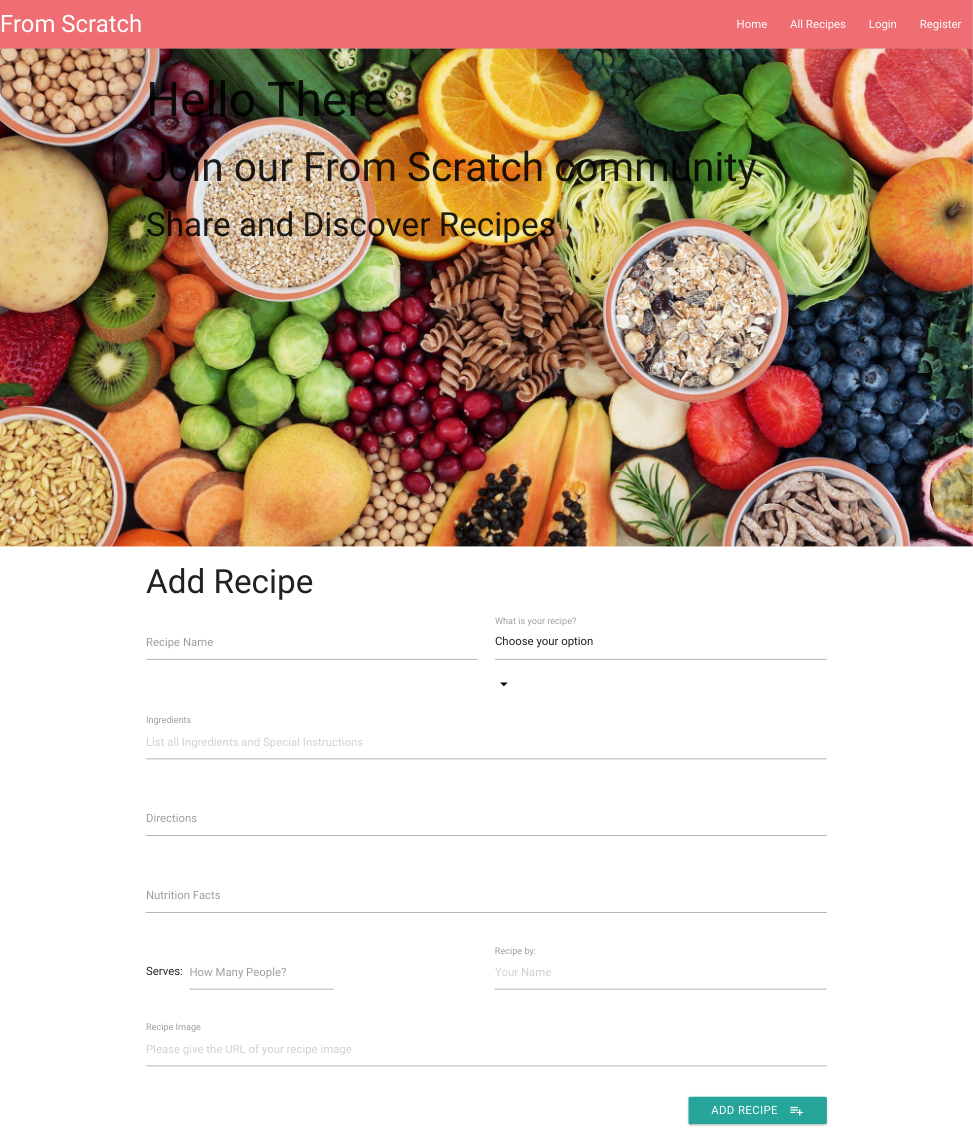
Repository: callendera/MilestoneProject3
Page: http://localhost/
The author's editor kept a record of every edit. The page is drawn from the files as they stood at one moment, then again after the next edit.
The browser window is 1280 px wide. The pictures show the whole page, at 76% of full size.
Backgrounds fixed to the window are drawn as part of the page. The page is served by the project's application, run on Flask 3 (recipe.py). Queries for data that is not in the repository find no rows.

Above is the page before.

### templates/recipes.html
{% extends 'base.html' %} {% block content %}

<div class="callout background-callout">
    <div class="container">
        <h1>Hello There</h1>
        <h2>Join our From Scratch community</h2>
        <h3>Share and Discover Recipes</h3>

    </div>
</div>
<div class="container">
    <div class="row">
        {% for recipes in from_scratch %}
        <div class="col sm12 m12 l6  my-flow-text flow-text">
            <div class="card card-height-width">
                <div class="card-image card-image-height-width">
                    <img src="{{ recipes.recipe_image }}">
                    <span class="card-title black-text"><p>
                            <strong>{{recipes.recipe_name}}</strong>
                        </p></span>
                </div>
                <div class="card-content">
                    <p>
                        Serves: {{recipes.serves}}
                    </p>
                    <ul class="collapsible">
                        <li>
                            <div class="collapsible-header"><i class="material-icons">local_dining</i>Ingredients</div>
                            <div class="collapsible-body"><span>
                     {{recipes.ingredients0}}
                </span></div>
                        </li>
                        <li>
                            <div class="collapsible-header"><i class="material-icons">list</i>Directions</div>
                            <div class="collapsible-body"><span>
                        {{recipes.directions0}}
                </span></div>
                        </li>
                        <li>
                            <div class="collapsible-header"><i class="material-icons">fitness_center</i>Nutrition</div>
                            <div class="collapsible-body"><span>
                    {{recipes.nutrition0}}
                </span></div>
                        </li>

                    </ul>
                </div>

            </div>

        </div>
        {% endfor %}
    </div>


    <h3>Add Recipe</h3>
    <div class="row">
        <form class="col s12" action="{{ url_for('insert_recipe') }}" method='POST'>
            <div class="row">
                <div class="input-field col s6">
                    <input id="recipe_name" name="recipe_name" type="text" class="validate">
                    <label for="recipe_name">Recipe Name</label>
                </div>

                <div class="input-field col s6">
                    <select id="recipe_type" name="recipe_type">
                  <option value="" disabled selected>Choose your option</option>
                  <option value="1">Vegetarian</option>
                  <option value="2">Chicken</option>
                  <option value="3">Beef</option>
                  <option value="3">Vegan</option>
                  <option value="3">Fish</option>
                  <option value="3">Pork</option>
                </select>
                    <label>What is your recipe?</label>
                </div>
            </div>
            <div class="row">
                <div class="input-field col s12">
                    <input placeholder="List all Ingredients and Special Instructions" name="ingredients0" id="ingredients0" type="text" class="validate">
                    <label for="ingredients0">Ingredients</label>
                </div>
            </div>
            <div class="row">
                <div class="input-field col s12">
                    <input id="directions0" name="directions0" type="text" class="validate">
                    <label for="directions0">Directions</label>
                </div>
            </div>
            <div class="row">
                <div class="input-field col s12">
                    <input id="nutrition0" name="nutrition0" type="text" class="validate">
                    <label for="nutrition0">Nutrition Facts</label>
                </div>
            </div>
            <div class="row">
                <div class="col s6">
                    Serves:
                    <div class="input-field inline">
                        <input id="serves" name="serves" type="number" class="validate">
                        <label for="serves">How Many People? </label>

                    </div>
                </div>
                <div class="input-field col s6">
                    <input placeholder="Your Name" id="recipe_name" name="recipe_name" type="text" class="validate">
                    <label for="recipe_name">Recipe by:</label>
                </div>
            </div>
            <div class="row">
                <div class="input-field col s12">
                    <input placeholder="Please give the URL of your recipe image" id="recipe_image" name="recipe_image" type="text" class="validate required">
                    <label for="recipe_image">Recipe Image</label>
                </div>
            </div>
            <button class="btn waves-effect waves-light right" type="submit" name="action">Add Recipe
            <i class="material-icons right">playlist_add</i>
         </button>
        </form>
        {% endblock %}
    </div>
</div>

### templates/base.html
<!DOCTYPE html>
<html>

<head>
    <link href="https://fonts.googleapis.com/icon?family=Material+Icons" rel="stylesheet">
    <!--link for Icons in Materialize-->

    <!--JQuery needs to be active before Materialize can render its' data-->
    <link rel="stylesheet" href="https://cdnjs.cloudflare.com/ajax/libs/materialize/0.100.2/css/materialize.min.css">
    <link rel="stylesheet" href="{{url_for('static',filename='css/style.css')}}" type="text/css" />
</head>

<body>
    <nav class="nav-zindex">
        <div class="nav-wrapper">
            <a href="#" class="brand-logo">From Scratch</a>
            <ul id="nav-mobile" class="right hide-on-med-and-down">
                <li><a href="#">Home</a></li>
                <li><a href="#">All Recipes</a></li>
                <li><a href="#">Login</a></li>
                <li><a href="#">Register</a></li>
            </ul>
        </div>
    </nav>



    {% block content %}
    <!--contains any content needed for each page, this give a template for such-->
    {% endblock %}

    <script src="https://cdnjs.cloudflare.com/ajax/libs/jquery/3.4.1/jquery.min.js" integrity="sha256-CSXorXvZcTkaix6Yvo6HppcZGetbYMGWSFlBw8HfCJo=" crossorigin="anonymous"></script>
    <script src="https://cdnjs.cloudflare.com/ajax/libs/materialize/1.0.0/js/materialize.min.js"></script>
    <!-- Script to use Materialize functionality-->
    <script type="text/javascript">
        $(document).ready(function() {
            $('select').formSelect();
            $('.sidenav').sidenav();
            $('.sidenav').sidenav();
        });
    </script>

    <!-- script for the collapsibles-->
</body>

</html>

### recipe.py
import os
from flask import Flask, render_template, redirect, request, url_for
from flask_pymongo import PyMongo
from bson.objectid import ObjectId
#sets up application for use with PyMongo, Flask

app = Flask(__name__)
app.config["MONGO_DBNAME"] = 'from_scratch'
#creates link between Database and application
app.config["MONGO_URI"] = os.getenv("MONGO_URI")

#creates application to be tested

mongo = PyMongo(app)

@app.route('/')

@app.route('/get_recipes')
#Display text as proof of concept
def get_recipes():
    from_scratch = mongo.db.recipes.find()
    return render_template( "recipes.html", from_scratch=from_scratch)

@app.route('/add_recipes')
def add_recipes():
    from_scratch = mongo.db.recipes.find()
    return render_template( "recipes.html")

@app.route('/insert_recipe', methods=['POST'])
def insert_recipe():
    from_scratch = mongo.db.recipes
    from_scratch.insert_one(request.form.to_dict())
    return redirect(url_for('get_recipes'))

if __name__ == '__main__':
    app.run(host=os.environ.get('IP'),
            port=int(os.environ.get('PORT')),
            debug=True)
#So they know how and where to run application

### static/css/style.css
.card-height-width, .add-recipe-card-height-width {
    width: 500px;

}

.add-recipe-card-height-width {
    height: 645px;
}

.background-callout {
     /*--- FOR ALL BACKGROUND CONTAINERS sets background image for callout container.
    it is set to not repeat, so the image doesnt stretch, and the image will be centered horizontally and
    pushed to the top of the container. the background will also not scroll, but remained positioned so things will scroll past it---*/
    background: url("../images/foods.jpg")no-repeat center center fixed;
    /*--- adjusts background for different browsers ---*/
    -webkit-background-size: cover;
    -moz-background-size: cover;
    -o-background-size: cover;
    background-size: cover;

    /*--- makes the background fit to the container ---*/
    overflow: hidden;

    /*--- aligns and justifies text in container ---*/
    align-items: center;
    justify-content: center;
    /*--- the height that container will take up in the viewport ---*/
    height: 91vh;
}

.callout-text-background-color {
    text-align: center;
    background-color: #05000059;
    color: white;
    height: 330px;

}

After the next edit:
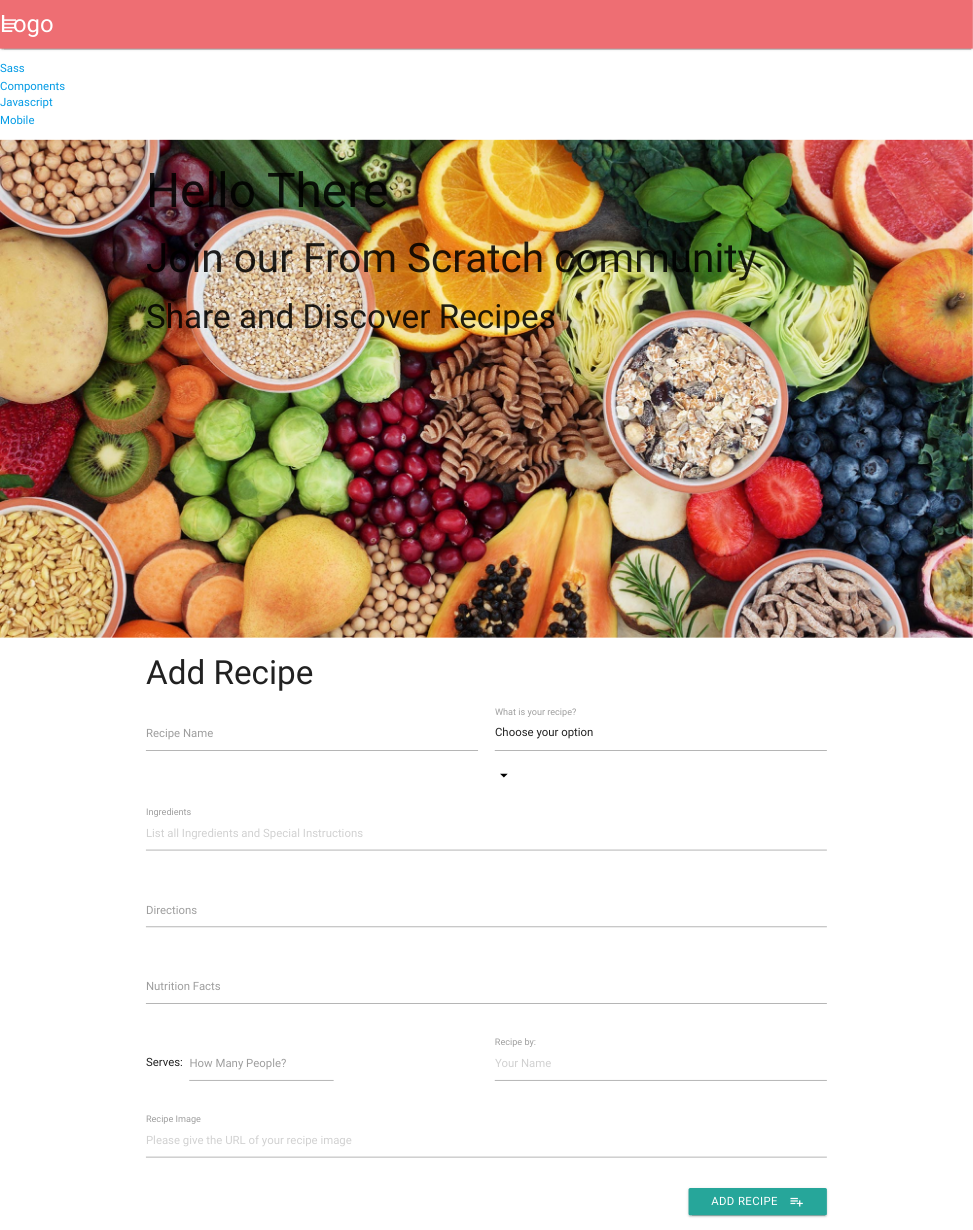
The edit:
--- a/templates/base.html
+++ b/templates/base.html
@@ -11,17 +11,25 @@
 </head>
 
 <body>
-    <nav class="nav-zindex">
-        <div class="nav-wrapper">
-            <a href="#" class="brand-logo">From Scratch</a>
-            <ul id="nav-mobile" class="right hide-on-med-and-down">
-                <li><a href="#">Home</a></li>
-                <li><a href="#">All Recipes</a></li>
-                <li><a href="#">Login</a></li>
-                <li><a href="#">Register</a></li>
-            </ul>
-        </div>
-    </nav>
+    <nav>
+    <div class="nav-wrapper">
+      <a href="#!" class="brand-logo">Logo</a>
+      <a href="#" data-target="mobile-demo" class="sidenav-trigger"><i class="material-icons">menu</i></a>
+      <ul class="right hide-on-med-and-down">
+        <li><a href="sass.html">Home</a></li>
+        <li><a href="badges.html">All Recipes</a></li>
+        <li><a href="collapsible.html">Login</a></li>
+        <li><a href="mobile.html">Mobile</a></li>
+      </ul>
+    </div>
+  </nav>
+
+  <ul class="sidenav" id="mobile-demo">
+    <li><a href="sass.html">Sass</a></li>
+    <li><a href="badges.html">Components</a></li>
+    <li><a href="collapsible.html">Javascript</a></li>
+    <li><a href="mobile.html">Mobile</a></li>
+  </ul>
 
 
 
